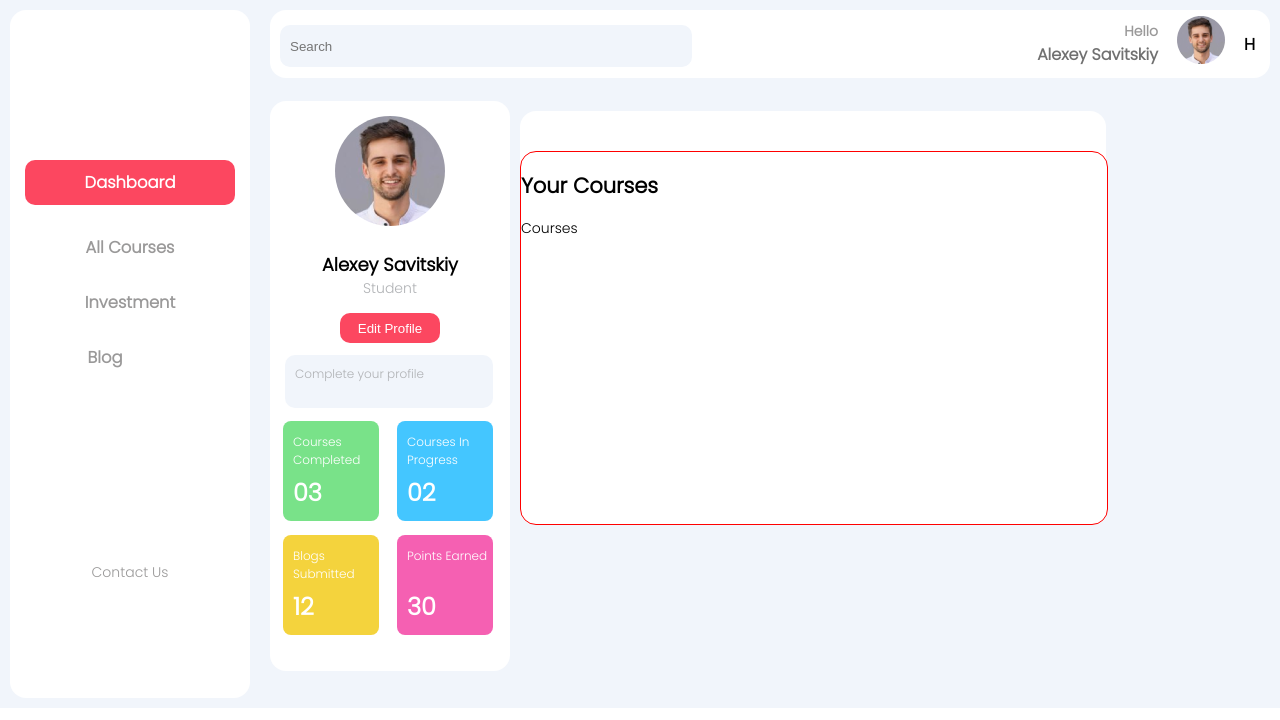
Repository: Anuruddha00/dashboard-design
Page: /
These files come from the project's save history. The page is drawn as it stood at one moment and after a run of saves; the edit follows.
The browser window is 1280 px wide. The pictures show the whole page.
The project was rebuilt for these pictures with package versions that can differ from the ones it lists, and the page was loaded fresh each time.

Above is the page before, as saved 2021-05-07 17:26:43.

After the next 2 saves:
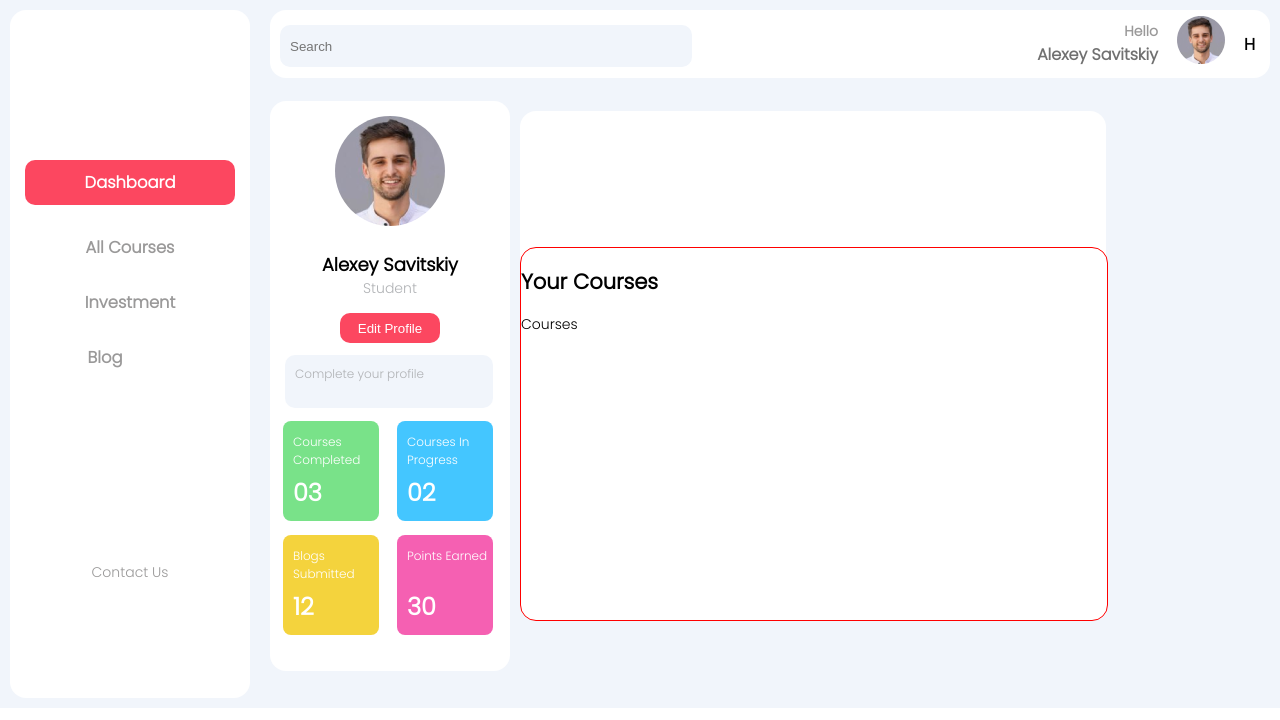
The 2 saves are shown as one change because they came seconds apart.
The last was saved 13 s later.
--- a/src/containers/Dashboard/Dashboard.scss
+++ b/src/containers/Dashboard/Dashboard.scss
@@ -261,7 +261,7 @@ body{
                             border-radius: 16px;
                             background: #ffffff;
                             position: absolute;
-                            top: 50px;
+                            bottom: 50px;
                         }
 
                         .blog{
